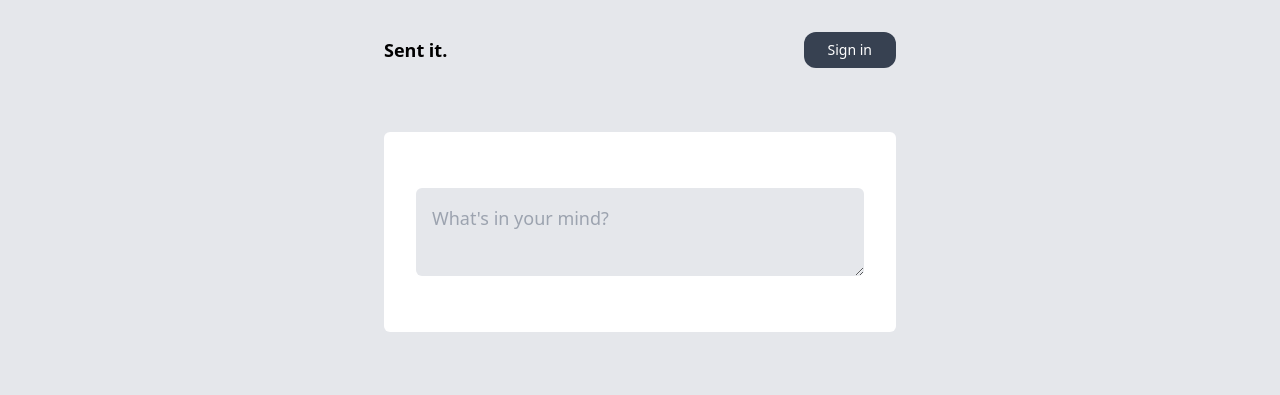
Repository: Saadelfadil/Nextjs_fullstack_app
Page: /
An editor plug-in stored every save of this project. The page is shown before and after a run of saves, followed by the edit.
The browser window is 1280 px wide. The pictures show the whole page.
The page's requests for data from a server got no answer. The project was rebuilt for these pictures with package versions that can differ from the ones it lists, and the page was loaded fresh each time. The framework's server and built-in components were replaced by stand-ins that run in the browser. No one was signed in, and anything a server would have sent is missing. Also part of the build but not shown: next.config.js, app/auth/Logged.tsx.

Above is the page before, as saved 2023-02-24 18:27:59.

After the next 4 saves:
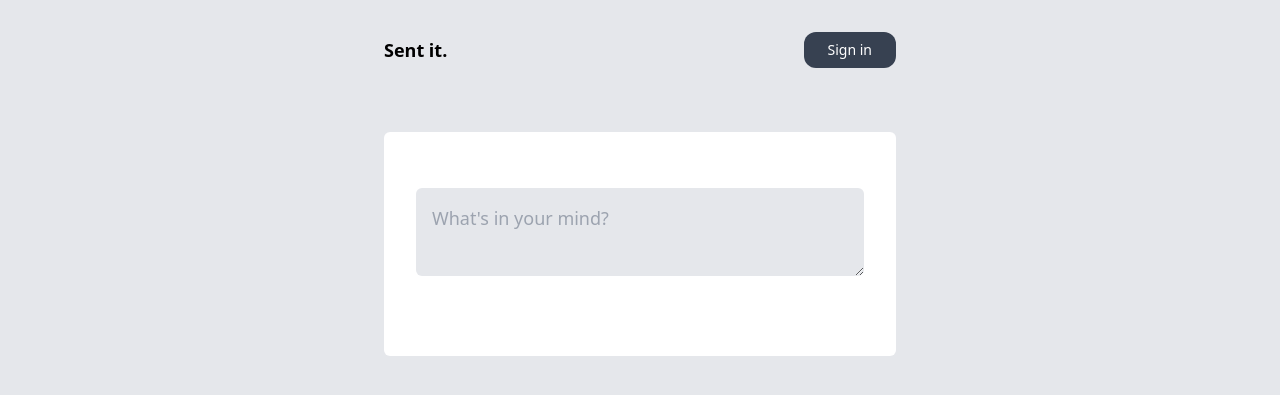
The 4 saves are shown as one change because they came seconds apart.
The last was saved 31 s later.
--- a/app/components/AddPost.tsx
+++ b/app/components/AddPost.tsx
@@ -15,6 +15,12 @@ const AddPost = () => {
             >
             </textarea>
         </div>
+
+        <div>
+            <button className="">
+
+            </button>
+        </div>
     </form>
   )
 };
